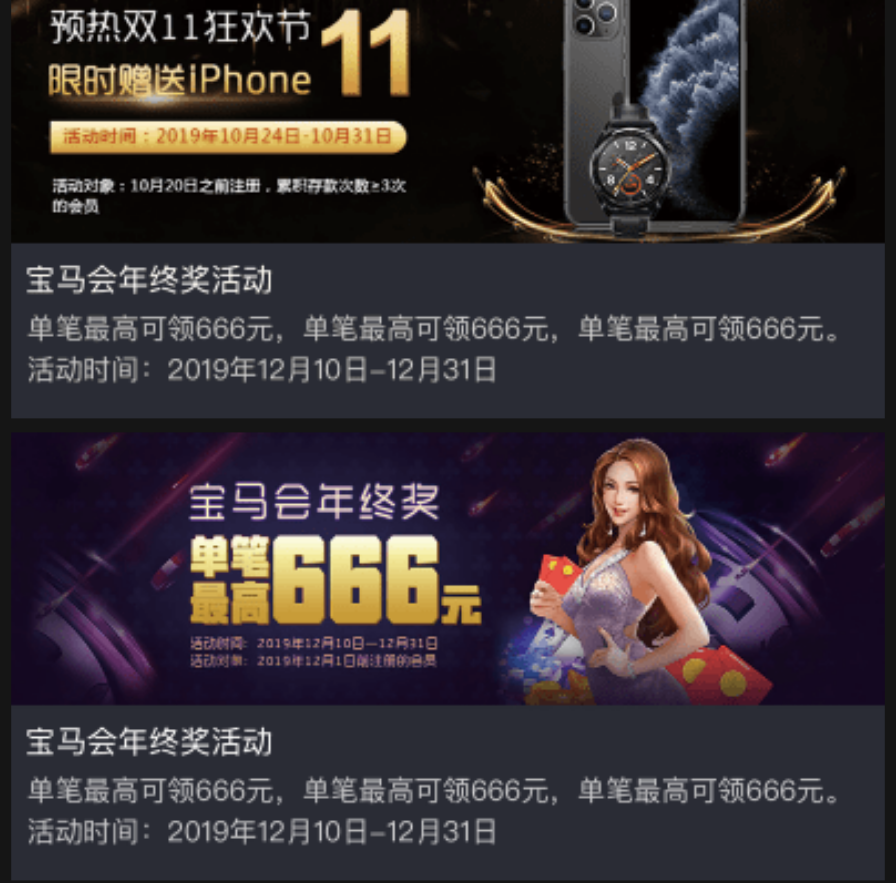
Repository: ada6688/IntegralMall
Page: /Youhui
The author's editor kept a copy of each file at every save. The page is drawn from the files as they stood at one save, then again after the next save.
The browser window is 1280 px wide. The pictures show the part of the page from y = 764 to 2684 px (the page is 2026 px tall before and 2684 px after), at 70% of full size.
The project was rebuilt for these pictures with package versions that can differ from the ones it lists, and the page was loaded fresh each time. Also part of the build but not shown: src/components/page/notice.vue, src/components/page/shouye.vue, src/components/page/MainNav.vue, src/components/page/Member.vue, src/components/common/Topnav-c.vue, src/components/page/Vip.vue, src/router/index.js.

Above is the page before, as saved 2020-01-03 13:30:16.

### index.html
<!DOCTYPE html>
<html>
  <head>
    <meta charset="utf-8">
    <meta name="viewport" content="width=device-width,initial-scale=1.0">
    <title>integralmall</title>
  </head>
  <body>
    <div id="app"></div>
    <!-- built files will be auto injected -->
  </body>
</html>

### src/main.js
// The Vue build version to load with the `import` command
// (runtime-only or standalone) has been set in webpack.base.conf with an alias.
import Vue from 'vue'
import App from './App'
import router from './router'
import ElementUI from 'element-ui'
import 'element-ui/lib/theme-chalk/index.css'
import {Cell, CellGroup, Tabbar, TabbarItem, PullRefresh, Stepper, Tab, Tabs, Button, Row, Col, Swipe, SwipeItem, Lazyload, List, Field, NavBar} from 'vant'
import '../src/assets/css/common.css'
import '../src/assets/css/index.css'
import 'swiper/dist/css/swiper.css'
import VueAwesomeSwiper from 'vue-awesome-swiper'
// import BScroll from 'better-scroll'

// Vue.use(BScroll)
Vue.use(VueAwesomeSwiper)
Vue.use(ElementUI)
Vue.use(Cell).use(CellGroup).use(Tabbar).use(TabbarItem).use(Stepper).use(PullRefresh).use(Tab).use(Tabs).use(Field).use(NavBar).use(Button).use(Row).use(Col).use(Swipe).use(SwipeItem).use(Lazyload).use(List)

Vue.config.productionTip = false

/* eslint-disable no-new */
new Vue({
  el: '#app',
  router,
  components: {
    App
  },
  template: '<App/>'
})
// router.beforeEach((to, from, next) => {
//   console.log(to.meta.title)
//   if (to.meta.title) {
//     document.getElementById('top-logo-change').innerHTML = to.meta.title
//     // document.title = to.meta.title
//   }
//   next()
// })

### src/App.vue
<template>
  <div id="app">
    <router-view/>
  </div>
</template>

<script>
export default {
  name: 'App'
}
</script>

<style>
#app {
  font-family: 'Avenir', Helvetica, Arial, sans-serif;
  -webkit-font-smoothing: antialiased;
  -moz-osx-font-smoothing: grayscale;
  text-align: center;
  color: #2c3e50;
  background: #151515;
  height: 100vh;
}
</style>

### src/assets/css/common.css
body,p,ul{
  margin: 0;
  padding: 0;
}
li{
  list-style: none;
}
/* 顶部栏 */
.top-nav{
  width: 100%;
  height: 3rem;
  line-height: 3.5rem;
  background-color: #671116;
  position: fixed;
  top: 0;
  z-index: 99;
}
.top-nav > div{
  display: inline-block;
  height: 100%;
}
.top-nav-left{
  float: left;
  margin-left: 10px;
}
.top-nav-right{
  float: right;
  margin-right: 10px;
}
.banner-item > img{
  width: 100%;
}
.swiper-container{
  height: 7.28rem;
}
.top-nav-t{
  color: #B58024;
}
.main-wrap{
  margin-top: 3rem;
  /* margin-bottom: 2.3rem; */
  background: #151515;
}
/* 公告 */
.Notice-sign{
  width: 2rem;
  height: 100%;
  background: url('../images/topnav/lb.png') center no-repeat;
  float: left;
  box-shadow: 1px 0px 5px rgba(0,0,0,0.8);
}
.Notice-textBox {
  width: 100%;
  height: 1.3rem;
  line-height: 1.3rem;
  font-size: .5rem;
  color: #999999;
  background: #2A2D36;
  overflow: hidden;
  position: relative;
  text-align: left;
  z-index: 9;
}
.Notice-text {
  width: 100%;
  padding-left: 42px;
  position: absolute;
  bottom: 0;
}
.slide-enter-active, .slide-leave-active {
  transition: all 0.5s linear;
}
.slide-enter{
  transform: translateY(20px) scale(1);
  opacity: 1;
}
.slide-leave-to {
  transform: translateY(-20px) scale(0.8);
  opacity: 0;
}
/* 底部导航 */
.bottom-tab{
  width:100%;
  height:3.125rem;
  background-color:#2A2D36;
  border-top: 1px solid #656666;
  position: fixed;
  left:0px;
  bottom:0px;
}
.tab-item{
  width: 20%;
  float: left;
  align-items:center;
  justify-content:center;
  font-size:14px;
  color:#666;
  z-index: 999;
}
.NavSigh{
    width:33px;
    margin-top:3px;
}
.on{
  color:#b58023;
}

### src/assets/css/index.css
/****************** 首页商品 *****************/
.products-item{
  width: 46.9%;
  height: 100px;
  padding-right: 2.9%;
  border-right: 1px solid #161616;
  border-bottom: 1px solid #161616;
  background: #292C35;
  float: left;
}
.products-item-even{
  width: 46.9%;
  height: 100px;
  border-bottom: 1px solid #161616;
  background: #292C35;
  padding-left: 2.9%;
  float: left;
}
.product-item-text{
  width: 50%;
  height: 70px;
  color: #ffffff;
  margin-top: 15px;
  float: left;
  text-align: left;
}
.product-item-text p{
  height: 43px;
  font-size: 15px;
  margin-bottom: 5px;
  display: -webkit-box;/*作为弹性伸缩盒子模型显示*/
  -webkit-line-clamp: 2; /*显示的行数；如果要设置2行加...则设置为2*/
  overflow: hidden; /*超出的文本隐藏*/
  text-overflow: ellipsis; /* 溢出用省略号*/
  -webkit-box-orient: vertical;
}
.product-item-text span{
  color: #B58024;
  font-size: 13px;
}
.product-item-img{
  width: 12%;
  height: 100px;
  display: table-cell;
  vertical-align: middle;
  /* float: left; */
}
.product-item-img img{
  max-width: 100%;
}
/******************* 优惠 *******************/
.yh-wrap div{
  padding: 1rem 1rem 0 1rem;
}
.yh-wrap img{
  width: 100%;
}
/******************* VIP *******************/
.level-welfare-wrap, .level-require-wrap{
  padding-bottom: 20px;
}
.VipTop-level-sign{
  display: inline-block;
}
.VipTop-level-text{
  position: absolute;
  bottom: -5px;
}
.vip-level-wrap ul li{
  float: left;
  width: 33.33%;
  height: 79px;
}
.vip-level-wrap ul div{
  width: 34px;
  height: 34px;
  border: 1px solid #CCCCCC;
  border-radius: 17px;
  margin-bottom: 9px;
  display: inline-block;
  vertical-align: middle;
}
.vip-level-wrap ul img{
  margin-top: 7px;
}
.vip-level-wrap ul li>p{
  color: #CCCCCC;
  font-size: 13px;
}
.Vip-level-T{
  color: #ffffff;
  font-size: 16px;
  font-weight: bold;
  text-align: left;
  padding: 15px 0 10px 17px;
  background: #2A2C35;
}
.Vip-level-tips{
  color: #F5BF1B;
  font-size: 13px;
  text-align: left;
  padding: 15px 20px 10px 17px;
  background: #2A2C35;
}
.level-rules-wrap{
  color: #CCCCCC;
  font-size: 12px;
  background: #2A2C35;
  text-align: left;
  padding: 15px 17px 16px 17px;
  margin-bottom: 50px;
}
.level-rules-wrap span{
  font-size: 16px;
  color: #ffffff;
  display: inline-block;
  margin-bottom: 9px;
}
.level-rules-wrap p{
  line-height: 24px;
  /* margin-top: 5px; */
}
.level-rules-wrap p:last-child{
  margin-bottom: 10px;
}

### src/components/common/Bottomnav.vue
<template>
  <div class="bottom-tab">
    <div class="tab-item" @click="switchTo('/shouye')">
      <img class="NavSigh" :src="'/shouye' === $route.path ? tabBarImgArr[0].selected : tabBarImgArr[0].normal" alt="首页">
      <p :class="{on: '/shouye' === $route.path}">首页</p>
    </div>
    <div class="tab-item" @click="switchTo('/Youhui')">
      <img class="NavSigh" :src="'/Youhui' === $route.path ? tabBarImgArr[1].selected : tabBarImgArr[1].normal" alt="推荐">
      <p :class="{on: '/Youhui' === $route.path}">优惠</p>
    </div>
    <div class="tab-item">
      <img class="NavSigh" :src="'/' === $route.path ? tabBarImgArr[2].selected : tabBarImgArr[2].normal" alt="搜索">
      <p :class="{on: '/' === $route.path}">官网</p>
    </div>
    <div class="tab-item" @click="switchTo('/Vip')">
      <img class="NavSigh" :src="'/Vip' === $route.path ? tabBarImgArr[3].selected : tabBarImgArr[3].normal" alt="聊天">
      <p :class="{on: '/Vip' === $route.path}">VIP</p>
    </div>
    <div class="tab-item" @click="switchTo('/Member')">
      <img class="NavSigh" :src="'/Member' === $route.path ? tabBarImgArr[4].selected : tabBarImgArr[4].normal" alt="我的">
      <p :class="{on: '/Member' === $route.path}">我的</p>
    </div>
  </div>
</template>
<script>
export default {
  data () {
    return {
      tabBarImgArr: [
        {normal: require('../../assets/images/navLogo/sy_x.png'), selected: require('../../assets/images/navLogo/sy.png')},
        {normal: require('../../assets/images/navLogo/yh_x.png'), selected: require('../../assets/images/navLogo/yh.png')},
        {normal: require('../../assets/images/navLogo/gw_x.png'), selected: require('../../assets/images/navLogo/gw.png')},
        {normal: require('../../assets/images/navLogo/zs_x.png'), selected: require('../../assets/images/navLogo/zs.png')},
        {normal: require('../../assets/images/navLogo/wd_x.png'), selected: require('../../assets/images/navLogo/wd.png')}
      ]
    }
  },
  methods: {
    switchTo (path) {
      this.$router.replace(path)
    }
  }
}
</script>
<style>

</style>

### src/components/common/Topnav.vue
<template>
  <div class="top-nav">
    <div class="top-nav-left">
      <img src="../../assets/images/topnav/cd.png" alt="菜单">
    </div>
    <div id="top-logo-change" class="top-nav-logo">
      <img src="../../assets/images/topnav/logo.png" alt="logo">
    </div>
    <div class="top-nav-right">
      <img src="../../assets/images/topnav/ss.png" alt="搜索">
    </div>
  </div>
</template>
<script>
export default {
  data () {
    return {
      tabBarImgArr: [
        {normal: require('../../assets/images/topnav/logo.png')},
        {normal: require('../../assets/images/topnav/ss.png')},
        {normal: require('../../assets/images/topnav/cd.png')}
      ]
    }
  }
}
</script>
<style>

</style>

### src/components/page/Youhui.vue
<template>
  <div>
    <TopNav></TopNav>
    <div class="yh-wrap main-wrap">
      <div><img src="../../assets/images/yh/yh-banner.png" alt=""></div>
      <div><img src="../../assets/images/yh/yh2-banner.png" alt=""></div>
      <div><img src="../../assets/images/yh/yh3-banner.png" alt=""></div>
    </div>
    <BottomNav></BottomNav>
  </div>
</template>
<script>
import BottomNav from '@/components/common/Bottomnav'
import TopNav from '@/components/common/Topnav'

export default {
  name: 'App',
  components: {
    BottomNav,
    TopNav
  }
}
</script>
<style>

</style>

After the next save:
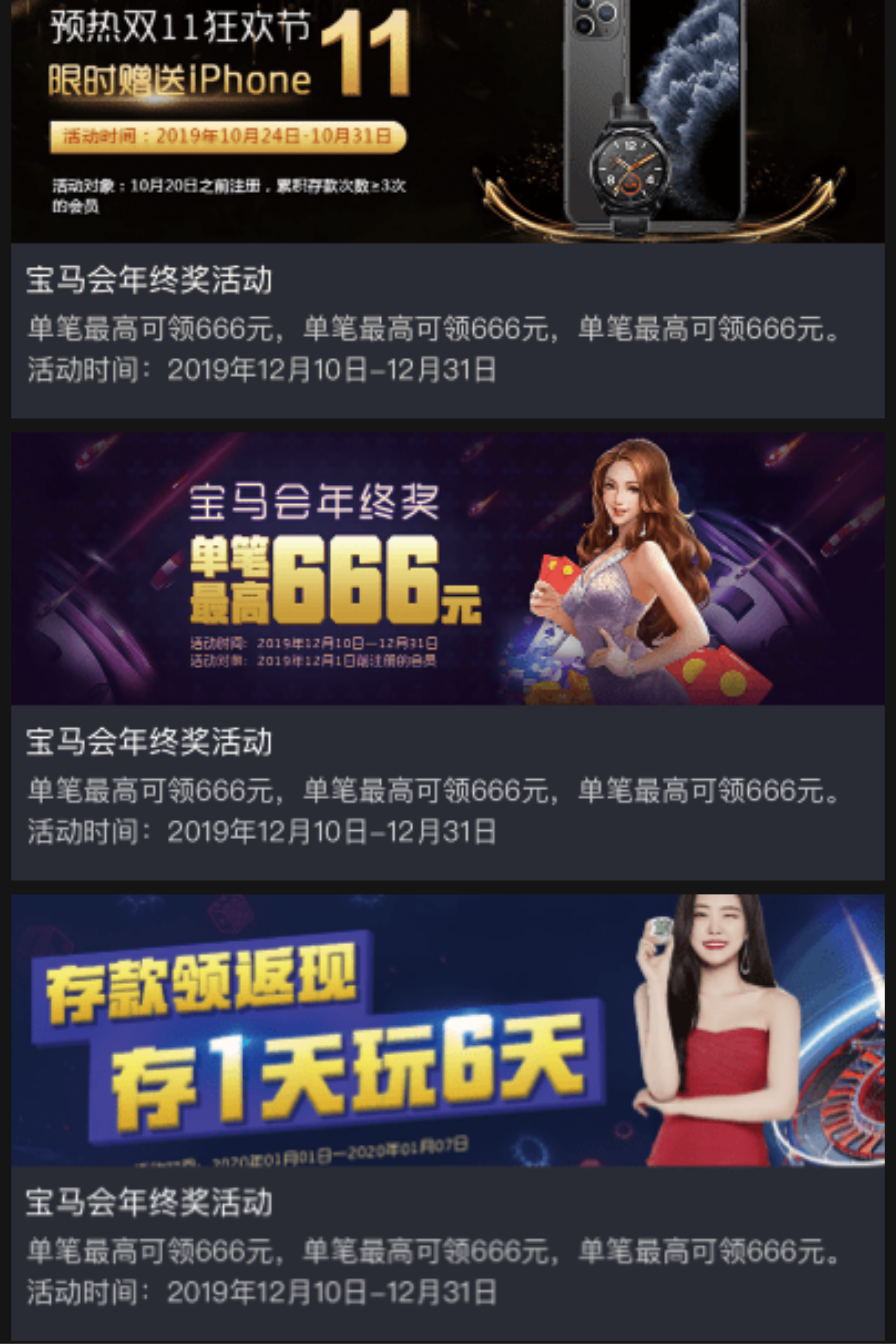
Saved 13 s later.
--- a/src/components/page/Youhui.vue
+++ b/src/components/page/Youhui.vue
@@ -5,6 +5,7 @@
       <div><img src="../../assets/images/yh/yh-banner.png" alt=""></div>
       <div><img src="../../assets/images/yh/yh2-banner.png" alt=""></div>
       <div><img src="../../assets/images/yh/yh3-banner.png" alt=""></div>
+      <div><img src="../../assets/images/yh/yh-banner.png" alt=""></div>
     </div>
     <BottomNav></BottomNav>
   </div>
